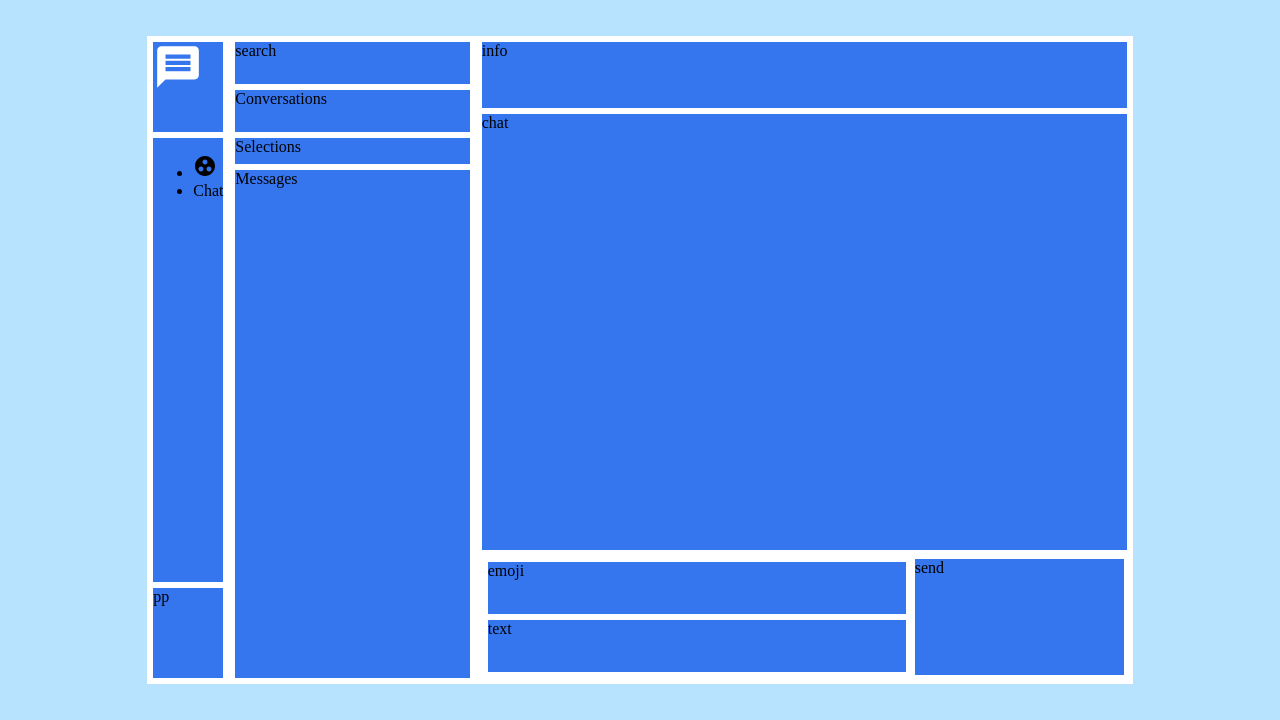
Repository: arafat877/super-chat
Page: /
The author's editor kept a copy of each file at every save. The page is drawn from the files as they stood at one save, then again after the next save.
The browser window is 1280 px wide. The pictures show the whole page.
The project was rebuilt for these pictures with package versions that can differ from the ones it lists, and the page was loaded fresh each time. Also part of the build but not shown: src/App.scss.

Above is the page before, as saved 2020-08-05 15:10:47.

### public/index.html
<!DOCTYPE html>
<html lang="en">
  <head>
    <meta charset="utf-8" />
    <meta name="viewport" content="width=device-width, initial-scale=1" />
    <meta name="theme-color" content="#000000" />
    <meta
      name="description"
      content="Chat application with node.js, express, react.js, mongoDb and socket.io"
    />
    <link rel="stylesheet" href="styles.css">
    <link rel="stylesheet" href="https://fonts.googleapis.com/css?family=Roboto:300,400,500,700&display=swap" />

    <title>Super Chat</title>
  </head>
  <body>
    <noscript>You need to enable JavaScript to run this app.</noscript>
    <div id="root"></div>
  </body>
</html>

### src/App.js
import React from "react";
import "./App.scss";
import { Container, Grid, Paper } from "@material-ui/core";
import { makeStyles } from "@material-ui/core/styles";
import {
  Message,
  GroupWork,
  Chat,
  Palette,
  Settings,
  PeopleAlt,
} from "@material-ui/icons";

const useStyles = makeStyles((theme) => ({
  container: {
    backgroundColor: "#b7e3fe",
    height: "100vh",
    display: "flex",
  },
  innerContainer: {
    backgroundColor: "#3576ef",
    margin: "auto",
    height: "90%",
    width: "80%",
    borderRadius: "10px",
  },
  column1: {
    border: "solid white",
  },
  column2: {
    border: "solid white",
  },
  column3: {
    border: "solid white",
  },
  c1Logo: {
    border: "solid white",
    height: "15%",
  },
  c1Menu: {
    border: "solid white",
    height: "70%",
  },
  c1PP: {
    border: "solid white",
    height: "15%",
  },
  c2Search: {
    border: "solid white",
    height: "7.5%",
  },
  c2Conv: {
    border: "solid white",
    height: "7.5%",
  },
  c2Select: {
    border: "solid white",
    height: "5%",
  },
  c2Messages: {
    border: "solid white",
    height: "80%",
  },
  c3Info: {
    border: "solid white",
    height: "11.25%",
  },
  c3Chat: {
    border: "solid white",
    height: "68.75%",
  },
  c3Input: {
    border: "solid white",
    height: "20%",
  },
  inputC1: {
    border: "solid white",
  },
  inputC2: {
    border: "solid white",
  },
  iC1Emoji: {
    border: "solid white",
    height: "50%",
  },
  iC1Text: {
    border: "solid white",
    height: "50%",
  },
}));

function App() {
  const classes = useStyles();

  return (
    <Container className={classes.container}>
      <Grid container containerer className={classes.innerContainer}>
        <Grid item container className={classes.column1} xs={1}>
          <Grid item className={classes.c1Logo} xs={12}>
            <Message style={{ color: "white", fontSize: "50px" }} />
          </Grid>
          <Grid item className={classes.c1Menu} xs={12}>
            <ul>
              <li>
                <GroupWork />
              </li>
              <li>Chat</li>
            </ul>
          </Grid>
          <Grid item className={classes.c1PP} xs={12}>
            pp
          </Grid>
        </Grid>
        <Grid item className={classes.column2} xs={3}>
          <Grid item className={classes.c2Search} xs={12}>
            search
          </Grid>
          <Grid item className={classes.c2Conv} xs={12}>
            Conversations
          </Grid>
          <Grid item className={classes.c2Select} xs={12}>
            Selections
          </Grid>
          <Grid item className={classes.c2Messages} xs={12}>
            Messages
          </Grid>
        </Grid>
        <Grid item className={classes.column3} xs={8}>
          <Grid item className={classes.c3Info} xs={12}>
            info
          </Grid>
          <Grid item className={classes.c3Chat} xs={12}>
            chat
          </Grid>
          <Grid item container className={classes.c3Input} xs={12}>
            <Grid item className={classes.inputC1} xs={8}>
              <Grid item className={classes.iC1Emoji} xs={12}>
                emoji
              </Grid>
              <Grid item className={classes.iC1Text} xs={12}>
                text
              </Grid>
            </Grid>
            <Grid item className={classes.inputC2} xs={4}>
              send
            </Grid>
          </Grid>
        </Grid>
      </Grid>
    </Container>
  );
}

export default App;

Loaded but not shown: src/index.js (common file); public/styles.css (common file)

After the next save:
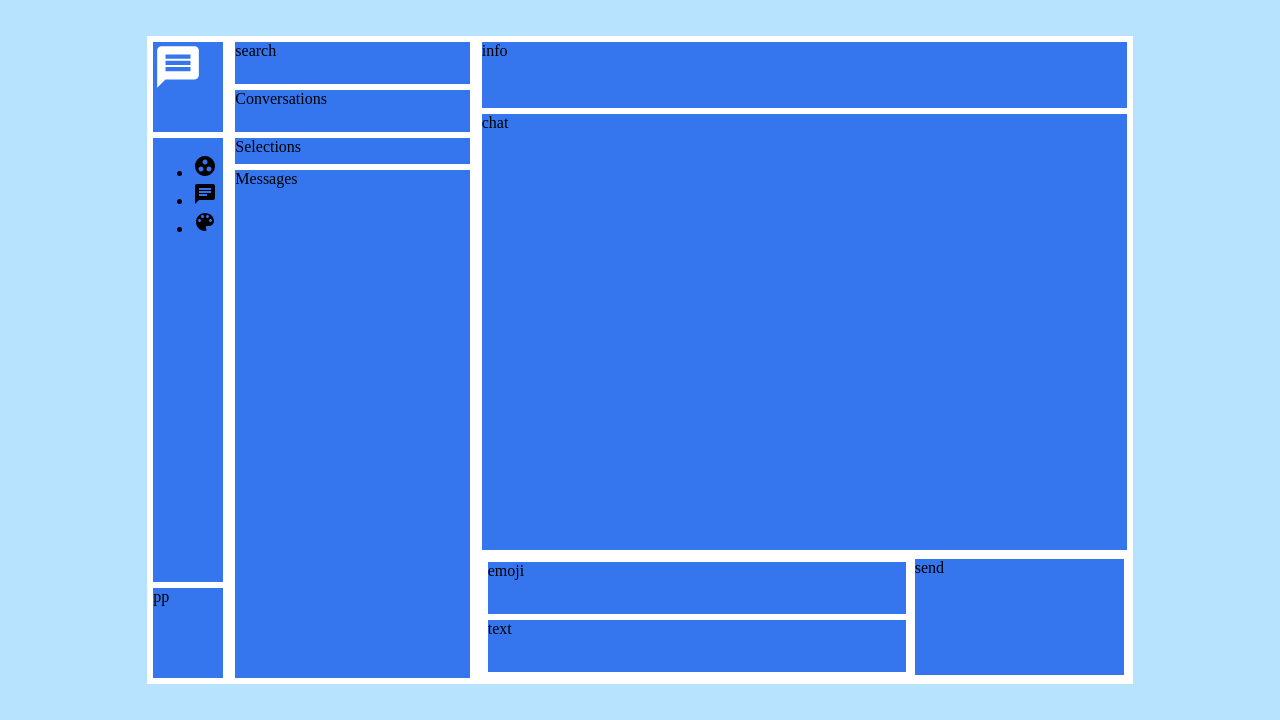
Saved 37 s later.
--- a/src/App.js
+++ b/src/App.js
@@ -104,7 +104,12 @@ function App() {
               <li>
                 <GroupWork />
               </li>
-              <li>Chat</li>
+              <li>
+                <Chat />
+              </li>
+              <li>
+                <Palette />
+              </li>
             </ul>
           </Grid>
           <Grid item className={classes.c1PP} xs={12}>
